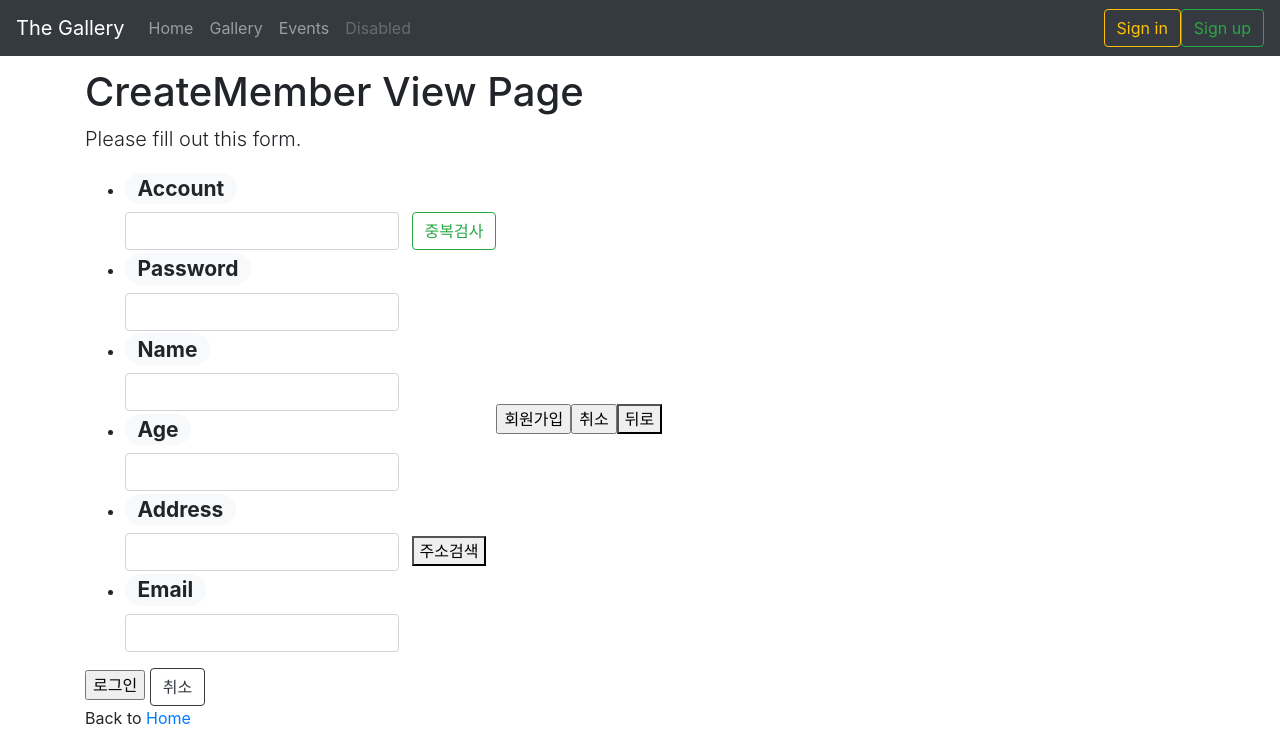
Repository: caramelsyrup/SpringProject1
Page: http://localhost/gallery/WEB-INF/views/member/createMember.jsp
An editor plug-in stored every save of this project. The page is shown before and after the next save, followed by the edit.
The browser window is 1280 px wide. The pictures show the whole page.
The page is served by Tomcat 9. Nobody is signed in. The template is opened directly, without the code that normally fills it, so the values that code supplies are empty.

Above is the page before, as saved 2020-11-17 03:49:15.

After the next save:
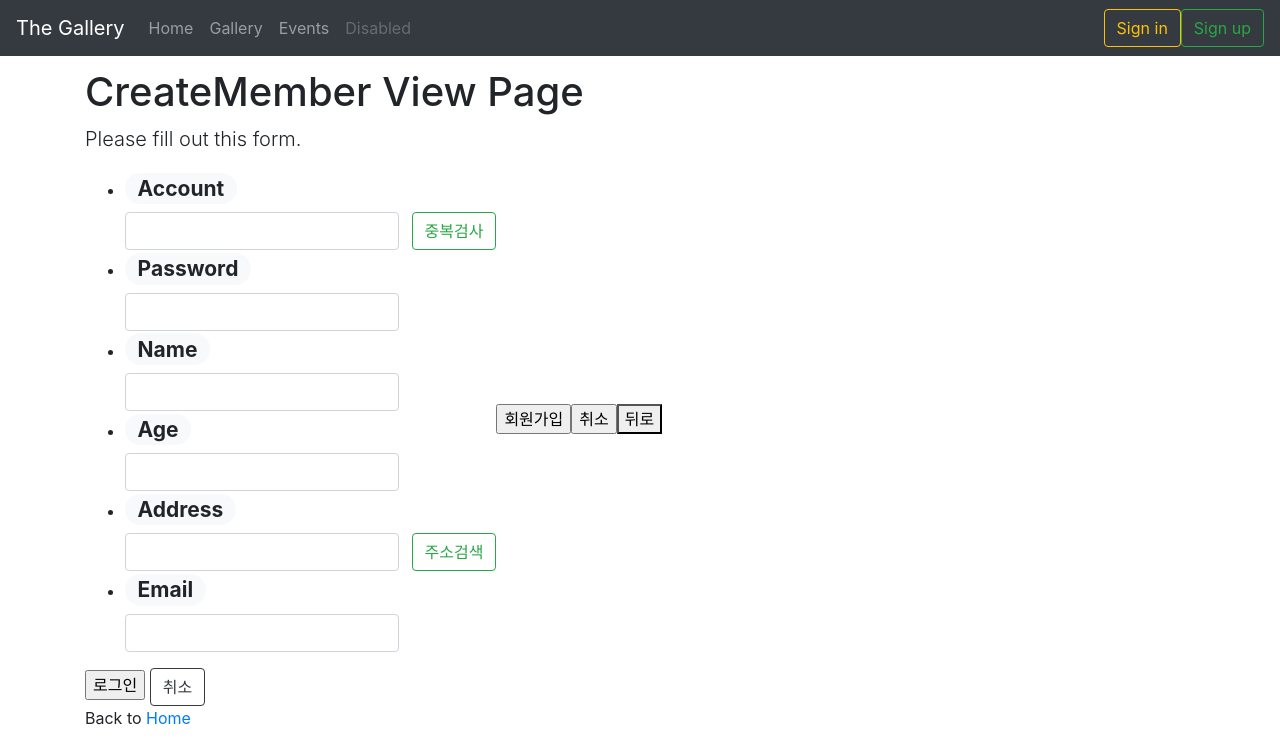
Saved 16 s later.
--- a/gallery/src/main/webapp/WEB-INF/views/member/createMember.jsp
+++ b/gallery/src/main/webapp/WEB-INF/views/member/createMember.jsp
@@ -37,7 +37,7 @@
 				<h3><span class="badge badge-pill badge-light">Address</span></h3>
 				<!-- 회원 주소 -->
 				<input class="form-control mr-sm-2" type="text" name="address" id="address"/>
-				<button type="button" id="btnAddr">주소검색</button>
+				<button class="btn btn-outline-success my-2 my-sm-0" type="button" id="btnAddr">주소검색</button>
 			</li>
 			<li>
 				<h3><span class="badge badge-pill badge-light">Email</span></h3>
